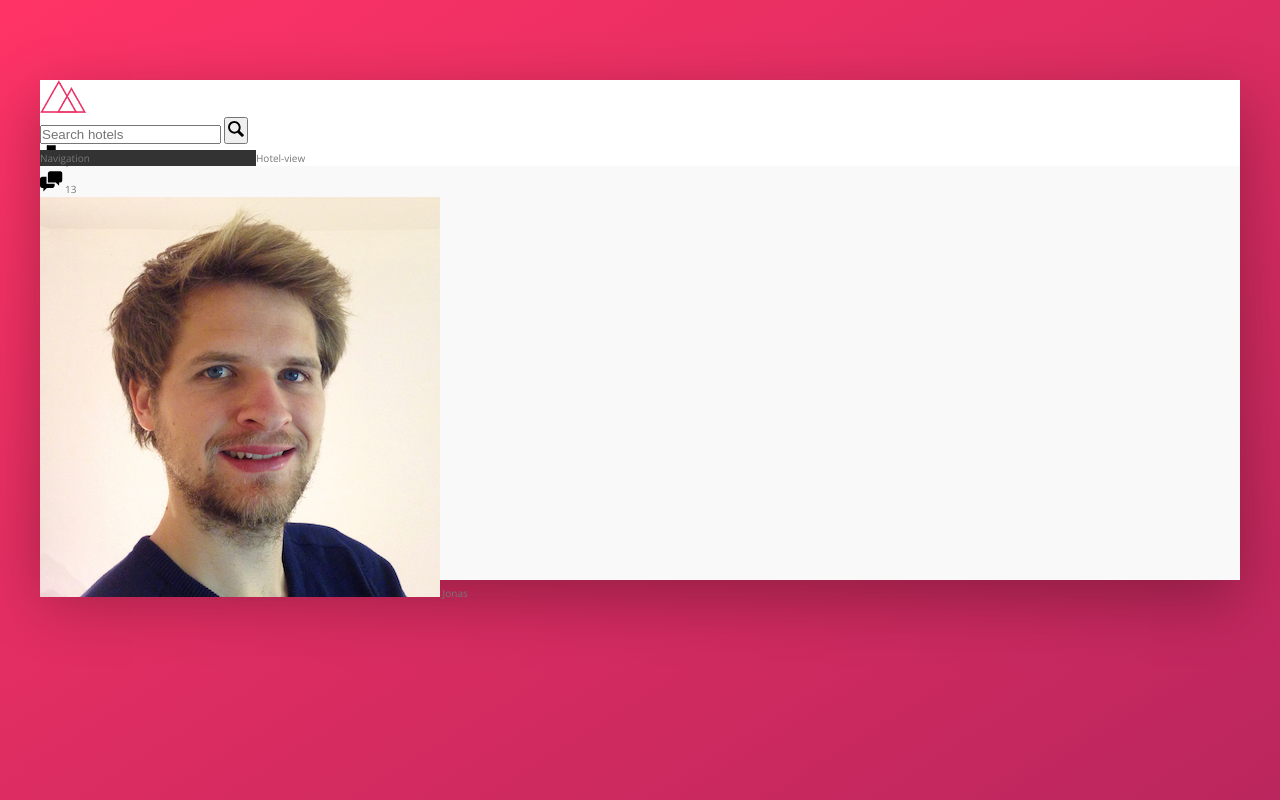
Repository: Lithium87/Trillo
Page: index.html
The author's editor kept a copy of each file at every save. The page is drawn from the files as they stood at one save, then again after the next save.
The browser window is 1280 px wide. The pictures show the whole page.
The style sheet was rebuilt from its Sass, Less or Tailwind sources for each picture, by a compiler version that may differ from the author's.

Above is the page before, as saved 2020-05-15 19:50:25.

### index.html
<!DOCTYPE html>
<html lang="en">

<head>
    <meta charset="UTF-8">
    <meta name="viewport" content="width=device-width, initial-scale=1.0">

    <link href="https://fonts.googleapis.com/css?family=Open+Sans:300,400,600" rel="stylesheet">
    <link rel="stylesheet" href="css/style.css">
    <link rel="shortcut icon" type="image/png" href="img/favicon.png">

    <title>trillo &mdash; Your all-in-one booking app</title>
</head>

<body>
    <div class="container">
        <header class="header">
            <img src="img/logo.png" alt="Trillo logo" class="logo">
            <form action="#" class="search">
                <input type="text" class="search__input" placeholder="Search hotels">
                <button class="search__button">
                    <svg class="search__icon">
                        <use xlink:href="img/sprite.svg#icon-magnifying-glass"></use>
                    </svg>
                </button>
            </form>

            <nav class="user-nav">
                <div class="user-nav__icon-box">
                    <svg class="user-nav__icon">
                        <use xlink:href="img/sprite.svg#icon-bookmark"></use>
                    </svg>
                    <span class="user-nav__notification">7</span>
                </div>
                <div class="user-nav__icon-box">
                    <svg class="user-nav__icon">
                        <use xlink:href="img/sprite.svg#icon-chat"></use>
                    </svg>
                    <span class="user-nav__notification">13</span>
                </div>
                <div class="user-nav__user">
                    <img src="img/user.jpg" alt="User photo" class="user-nav__user-photo">
                    <span class="user-nav__user-name">Jonas</span>
                </div>
            </nav>
        </header>
        <div class="content">
            <nav class="sidebar">
                Navigation
            </nav>
            <main class="hotel-view">
                Hotel-view
            </main>
        </div>
    </div>
</body>

</html>

### sass/_base.scss
:root {
    --color-primary: #eb2f64;
    --color-primary-light: #FF3366;
    --color-primary-dark: #BA265D;
    --color-grey-light-1: #faf9f9;
    --color-grey-light-2: #f4f2f2;
    --color-grey-light-3: #f0eeee;
    --color-grey-light-4: #ccc;
    --color-grey-dark-1: #333;
    --color-grey-dark-2: #777;
    --color-grey-dark-3: #999;
    --shadow-dark: 0 2rem 6rem rgba(0, 0, 0, .3);
}

* {
    margin: 0;
    padding: 0;
}

*,
*::before,
*::after {
    box-sizing: inherit;
}

html {
    box-sizing: border-box;
    font-size: 62.5%; // 1rem = 10px
}

body {
    font-family: 'Open Sans', sans-serif;
    font-weight: 400;
    line-height: 1.6;
    color: var(--color-grey-dark-2);
    background-image: linear-gradient(to right bottom, var(--color-primary-light), var(--color-primary-dark));
    background-size: cover;
    background-repeat: no-repeat;
    min-height: 100vh;
}

### sass/_layout.scss
.container {
    max-width: 120rem;
    margin: 8rem auto;
    background-color: var(--color-grey-light-1);
    box-shadow: var(--shadow-dark);
    min-height: 50rem;
}

.header {
    height: 7rem;
    background-color: #fff;
    border-bottom: var(--color-grey-light-2);
}

.content {
    display: flex;
}

.sidebar {
    background-color: var(--color-grey-dark-1);
    flex: 0 0 18%;
}

.hotel-view {
    background-color: #fff;
    flex: 1;
}

### sass/_components.scss
///////////////////////
//LOGO
.logo {
    height: 3.25rem;
}

///////////////////////
//SEARCH BOX
.search {
    &__input {}
    &__button {}
    &__icon {
        height: 2rem;
        width: 2rem;
    }
}

///////////////////////
//USER NAVIGATION
.user-nav {
    &__icon-box {}
    &__icon {
        height: 2.25rem;
        width: 2.25rem;
    }
    &__notification {}
    &__user {}
    &__user-photo {}
    &__user-name {}
}

Loaded but not shown: sass/main.scss (common file)

After the next save:
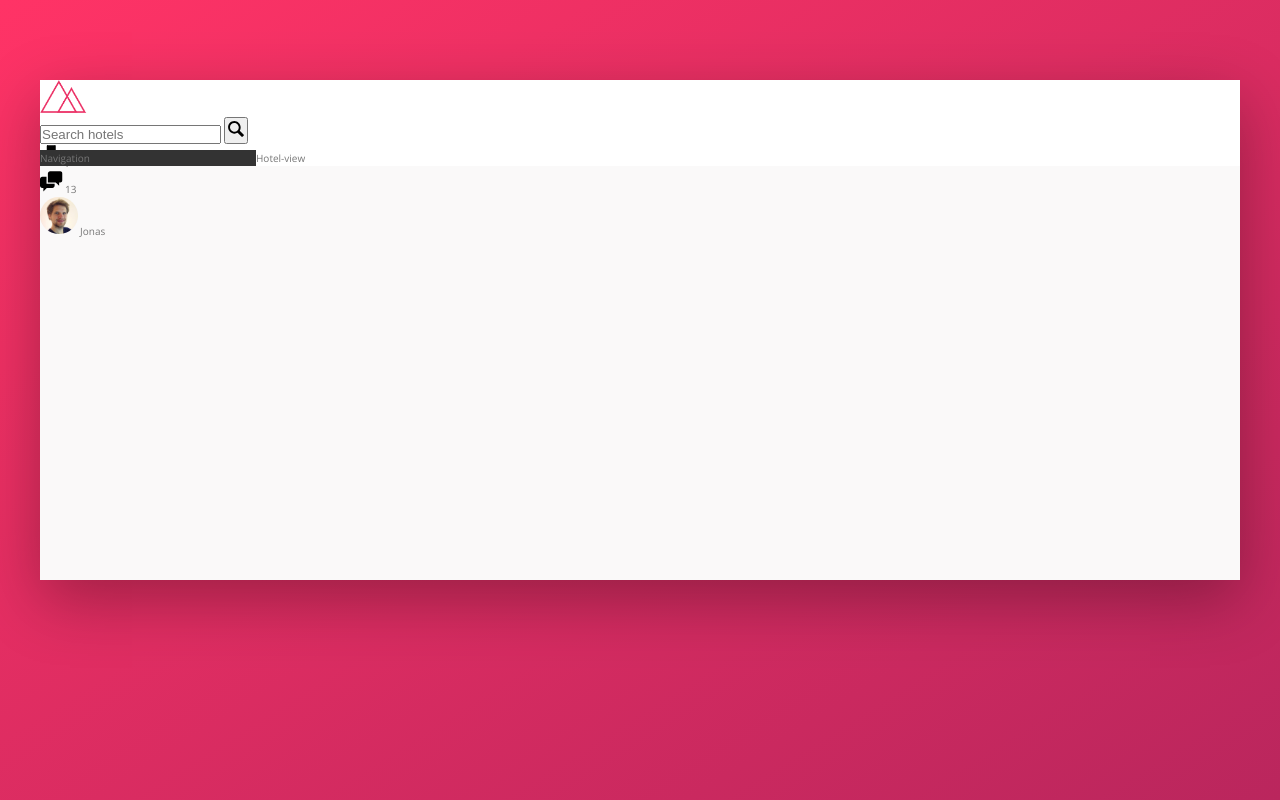
Saved 4 min 59 s later.
--- a/sass/_components.scss
+++ b/sass/_components.scss
@@ -25,6 +25,9 @@
     }
     &__notification {}
     &__user {}
-    &__user-photo {}
+    &__user-photo {
+        height: 3.75rem;
+        border-radius: 50%;
+    }
     &__user-name {}
 }
